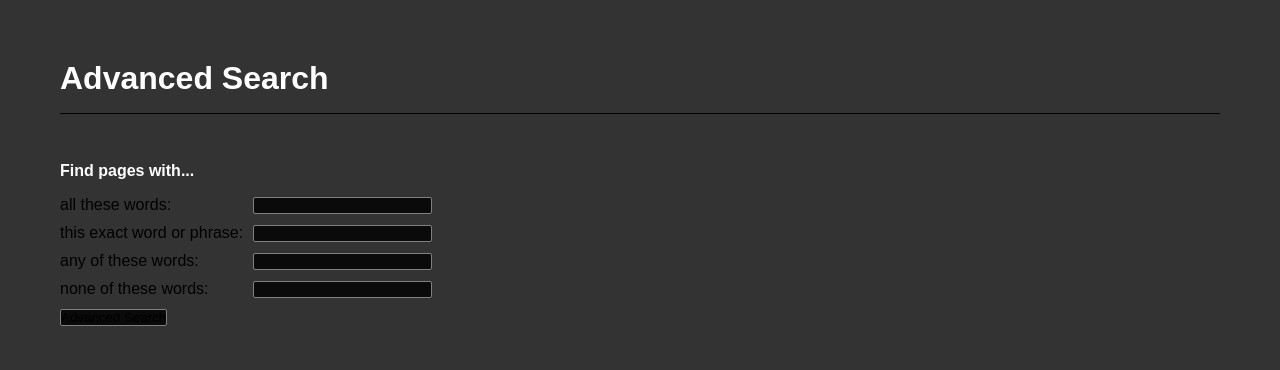
Repository: etentuk/search
Page: advanced_search.html
The author's editor kept a copy of each file at every save. The page is drawn from the files as they stood at one save, then again after the next save.
The browser window is 1280 px wide. The pictures show the whole page.

Above is the page before, as saved 2021-11-04 23:17:42.

After the next save:
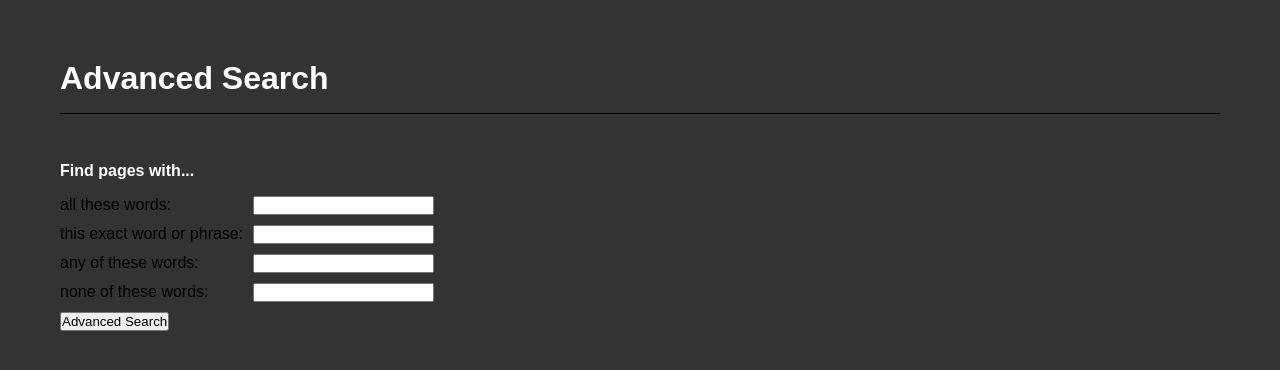
Saved 16 s later.
--- a/styles.css
+++ b/styles.css
@@ -41,7 +41,7 @@
   color: #fff;
 }
 
-
+.form-example input
 input {
   background-color: rgba(0, 0, 0, 0.8);
   border-radius: 2px;

After the save that followed:
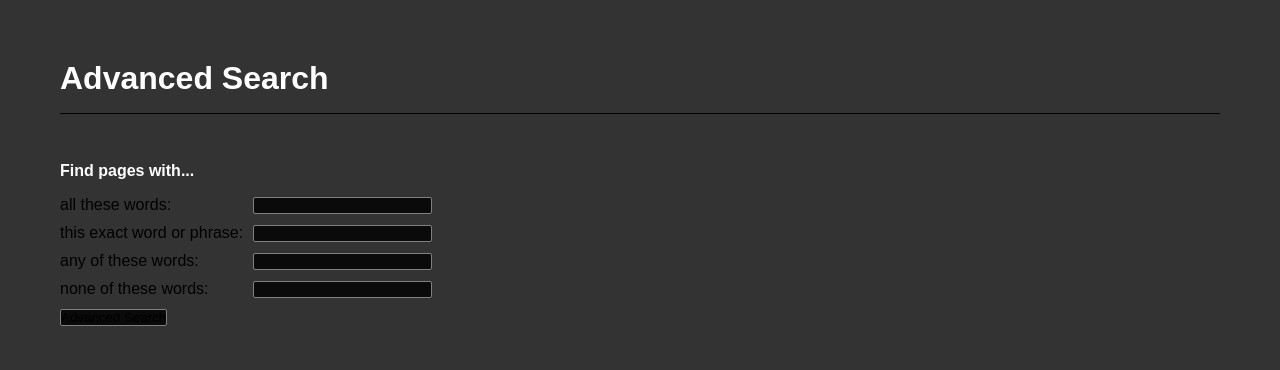
Saved 10 s later.
--- a/styles.css
+++ b/styles.css
@@ -41,8 +41,7 @@
   color: #fff;
 }
 
-.form-example input
-input {
+.form-example input {
   background-color: rgba(0, 0, 0, 0.8);
   border-radius: 2px;
   border: 1px solid grey;
